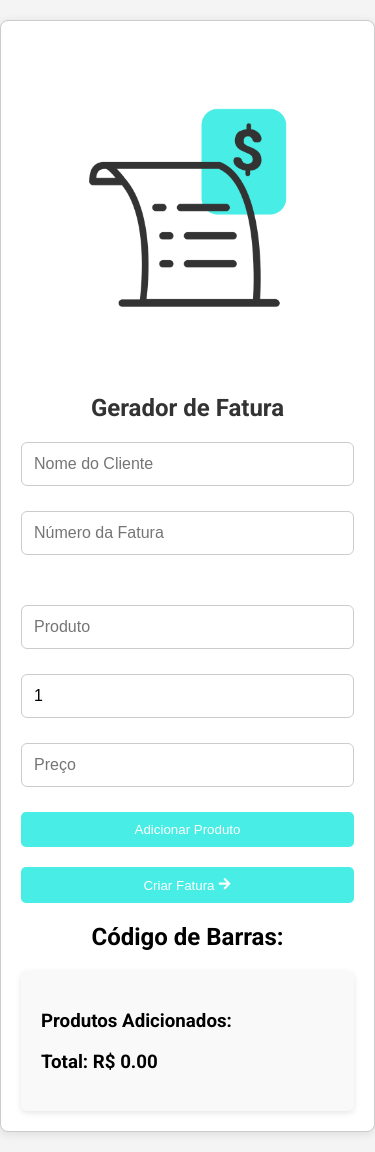
Repository: thmedu/Gerador-de-Faturas
Page: /
These files come from the project's save history. The page is drawn as it stood at one moment and after the next save; the edit follows.
The browser window is 375 px wide. The pictures show the whole page.
The project was rebuilt for these pictures with package versions that can differ from the ones it lists, and the page was loaded fresh each time. Also part of the build but not shown: vite.config.js, src/Componete/Template.jsx.

Above is the page before, as saved 2024-07-16 22:53:38.

After the next save:
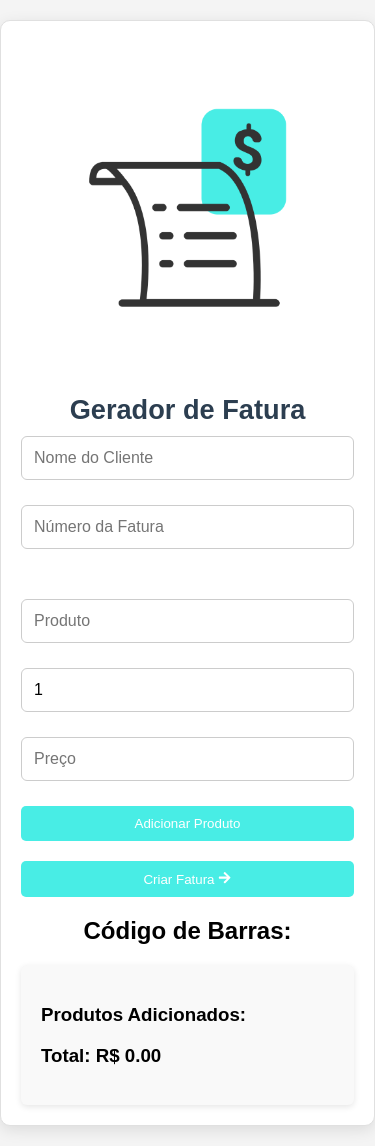
Saved 59 s later.
--- a/src/Componete/Template.css
+++ b/src/Componete/Template.css
@@ -4,33 +4,41 @@
   max-width: 800px;
   margin: 20px auto;
   padding: 20px;
-  border: 1px solid #ccc;
-  border-radius: 8px;
-  box-shadow: 0 2px 10px rgba(0, 0, 0, 0.1);
+  border: 1px solid #e0e0e0;
+  border-radius: 10px;
+  box-shadow: 0 4px 15px rgba(0, 0, 0, 0.1);
   background-color: #fff;
+  font-family: 'Arial', sans-serif; /* Set a modern font */
 }
 
 .logo {
   text-align: center;
+  margin-bottom: 20px; /* Add spacing below logo */
 }
 
 .logo img {
-  max-width: 100%;
+  max-width: 150px; /* Limit logo size */
   height: auto;
 }
 
 .title {
   text-align: center;
-  color: #333;
-  font-size: 1.8em; /* Responsive font size */
+  color: #2c3e50; /* Darker title color */
+  font-size: 2em; /* Enhanced title size */
+  margin: 10px 0; /* Margin around title */
 }
 
 .client-info {
   margin: 20px 0;
+  padding: 10px;
+  background-color: #f9f9f9; /* Light background for client info */
+  border: 1px solid #ddd; /* Subtle border */
+  border-radius: 5px; /* Rounded corners */
 }
 
 .payment-method {
   margin: 15px 0;
+  font-weight: bold; /* Highlight payment method */
 }
 
 .table {
@@ -41,12 +49,13 @@
 
 .table th, .table td {
   border: 1px solid #ddd;
-  padding: 8px;
+  padding: 12px; /* Increased padding for better spacing */
   text-align: left;
 }
 
 .table th {
-  background-color: #f2f2f2;
+  background-color: #3498db; /* Brand color for headers */
+  color: #fff; /* White text for contrast */
 }
 
 .text-right {
@@ -58,6 +67,7 @@
   border: none;
   color: #e74c3c;
   cursor: pointer;
+  font-weight: bold; /* Make remove button text bold */
 }
 
 .remove-button:hover {
@@ -66,26 +76,28 @@
 
 .notes {
   margin: 20px 0;
-  font-size: 0.9em; /* Smaller font for notes */
+  font-size: 0.9em;
+  color: #555; /* Slightly darker color for notes */
 }
 
 .button-group {
   display: flex;
   justify-content: space-between;
-  flex-wrap: wrap; /* Allow buttons to wrap on smaller screens */
+  flex-wrap: wrap;
 }
 
 .print-button, .add-button {
-  padding: 10px 15px;
+  padding: 12px 20px; /* Larger button padding */
   border: none;
   border-radius: 5px;
   background-color: #48ede5;
   color: white;
   cursor: pointer;
   transition: background-color 0.3s;
-  flex: 1; /* Allow buttons to grow */
-  max-width: 200px; /* Limit button width */
-  margin: 5px; /* Spacing between buttons */
+  flex: 1;
+  max-width: 200px;
+  margin: 5px;
+  font-weight: bold; /* Bold button text */
 }
 
 .print-button:hover, .add-button:hover {
@@ -105,16 +117,18 @@
 
 .forms input {
   margin: 10px 0;
-  padding: 10px;
+  padding: 12px; /* Increased input padding */
   border: 1px solid #ddd;
   border-radius: 5px;
-  width: 100%; /* Full width for inputs */
-  box-sizing: border-box; /* Include padding and border in width */
+  width: 100%;
+  box-sizing: border-box;
+  font-size: 1em; /* Larger font size for input */
 }
 
 .icon-cross {
   cursor: pointer;
   color: #e74c3c;
+  font-size: 1.2em; /* Slightly larger icon */
 }
 
 .icon-cross:hover {
@@ -124,18 +138,26 @@
 /* Media Queries */
 @media (max-width: 600px) {
   .forms {
-    align-items: center; /* Center align forms on small screens */
+    align-items: center;
   }
 
   .button-group {
-    flex-direction: column; /* Stack buttons vertically */
+    flex-direction: column;
   }
 
   .print-button, .add-button {
-    max-width: 100%; /* Full width for buttons on small screens */
+    max-width: 100%;
   }
 
   .title {
-    font-size: 1.5em; /* Responsive title size */
+    font-size: 1.7em; /* Adjusted title size for mobile */
+  }
+
+  .table th, .table td {
+    padding: 10px; /* Smaller padding on mobile */
+  }
+
+  .client-info {
+    padding: 8px; /* Less padding for mobile */
   }
 }
